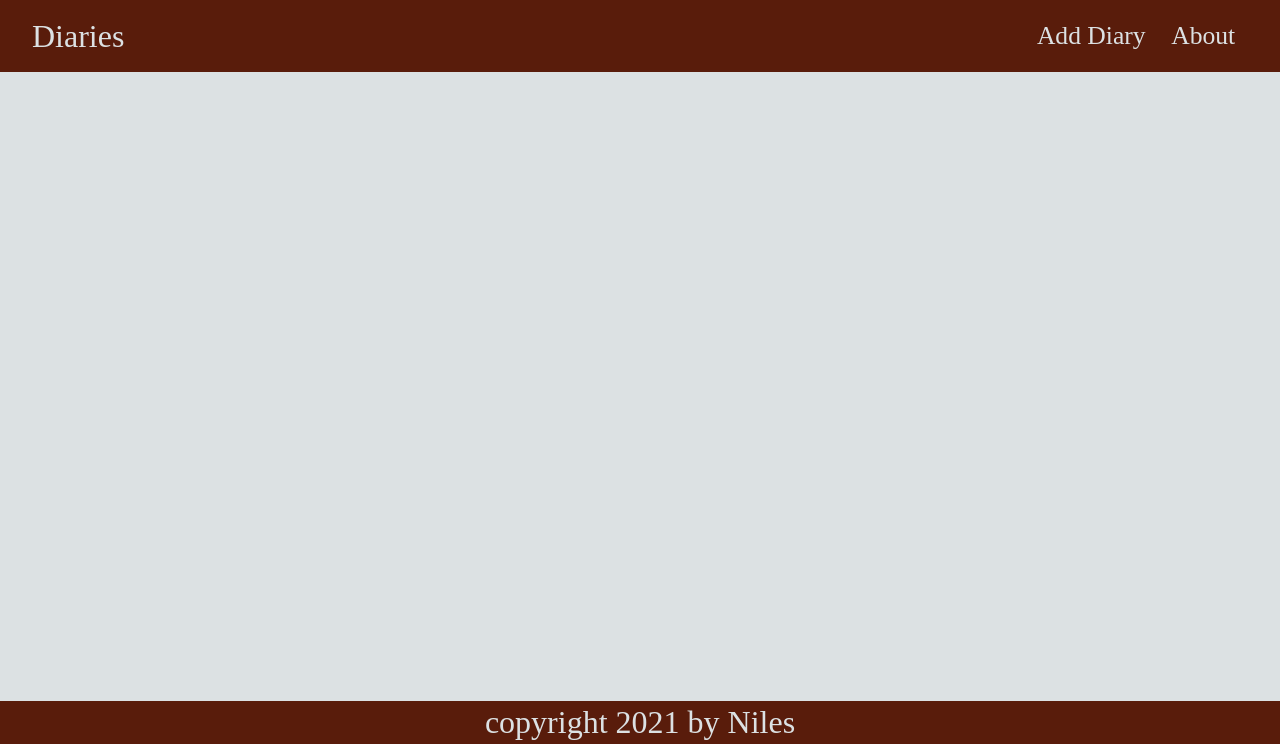
Repository: Tun-Dev/mydiary
Page: /
These files come from the project's save history. The page is drawn as it stood at one moment and after the next save; the edit follows.
The browser window is 1280 px wide. The pictures show the whole page.
The project was rebuilt for these pictures with package versions that can differ from the ones it lists, and the page was loaded fresh each time. Requests to the local data server were answered from the project's data file. Also part of the build but not shown: src/Components/About.js.

Above is the page before, as saved 2021-05-12 14:01:38.

After the next save:
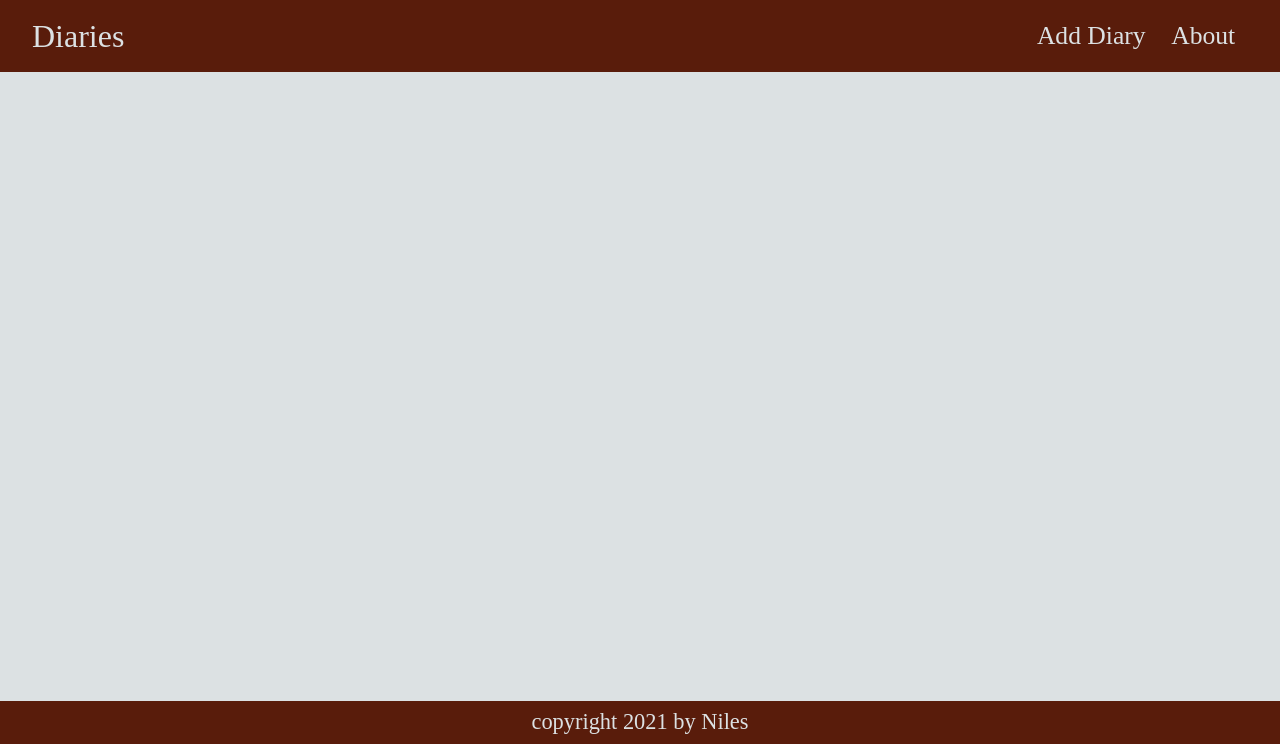
Saved 20 s later.
--- a/src/Layout/Footer.js
+++ b/src/Layout/Footer.js
@@ -16,6 +16,6 @@ text-align: center;
 background-color:  #591c0b;
 height: 6vh;
 color: #dce1e3;
-font-size: 2rem;
+font-size: 1.4rem;
 `
 export default Footer
